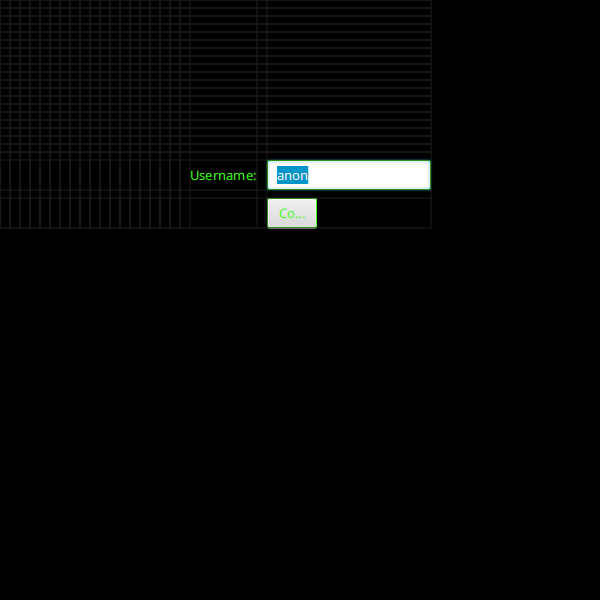
Repository: silic4-ivey/River
Program's window: java RiverClient/src/Main.java
An editor plug-in stored every save of this project. The program's window is shown before and after the next save, followed by the edit.
It runs on Java 21 on a 1366 x 768 screen with JavaFX 11; the title bar is not drawn.

Above is the program's window before, as saved 2021-08-16 19:28:18.

### RiverClient/src/Main.java
import javafx.application.Application;
import javafx.event.ActionEvent;
import javafx.event.EventHandler;
import javafx.scene.Scene;
import javafx.scene.control.Button;
import javafx.scene.layout.StackPane;
import javafx.stage.Stage;
public class Main extends Application{

	private MainUI mainUI;

	public static void main(String args[]) {
		launch (args);
	}

	@Override
	public void start(Stage primaryStage) throws Exception{

		mainUI = new MainUI(primaryStage);

	}
}

### RiverClient/src/MainUI.java
import javafx.geometry.Pos;
import java.io.FileInputStream;
import java.io.FileNotFoundException;
import java.io.File;
import javafx.scene.Scene;
import javafx.scene.control.Button;
import javafx.scene.layout.StackPane;
import javafx.scene.layout.VBox;
import javafx.scene.paint.Color;
import javafx.stage.Stage;
import javafx.scene.control.TextField;
import java.util.Random;
import javafx.scene.layout.GridPane;
import javafx.scene.control.Label;
import javafx.scene.text.Font;
import javafx.scene.text.Text;
import javafx.scene.control.ScrollPane;

public class MainUI {

	private RiverClient rc;
	private String userName = "anon";
	private int size = 600;
	private Stage window;
	private Text textBox = new Text();
	private final String modeSeven = "Modeseven-L3n5.ttf";
	private final String fontPath = "./resources/fonts/";

	public MainUI(Stage primaryStage) throws Exception{
		window = primaryStage;

		Label userLbl = new Label("Username:");
		TextField text = new TextField("anon");


		Button connectButton = new Button("Connect");
		connectButton.setOnAction(e ->startConnection(text.getText()));   ///////////////////////////////

		//VBox layout1 = new VBox();
		//layout1.getChildren().addAll(userLbl,text,connectButton);

		/*try {
			Font terminalFont = Font.loadFont(new FileInputStream(new File(fontPath + modeSeven)),12);

			text.setFont(terminalFont);
			userLbl.setFont(terminalFont);
			connectButton.setFont(terminalFont);


		}catch(FileNotFoundException e) {
			e.printStackTrace();
		}*/

		text.setStyle("-fx-text-inner-color: #39ff14");
		text.setStyle("-fx-control-inner-background: black");
		text.setStyle("-fx-border-color: #39ff14");

		userLbl.setTextFill(Color.web("#39ff14"));

		connectButton.setTextFill(Color.web("#39ff14"));
		connectButton.setStyle("-fx-background-color: black");
		connectButton.setStyle("-fx-border-color: #39ff14");

		connectButton.setMaxSize(50, 20);


		GridPane layout1 = new GridPane();

		layout1.setVgap(8);
		layout1.setHgap(10);

		/*layout1.add(userLbl, size/2 -1, size/2);
		layout1.add(text, size/2, size/2);
		layout1.add(connectButton, size/2, size/2 -1);*/

		GridPane.setConstraints(userLbl, 19, 20);
		GridPane.setConstraints(text, 20, 20);
		GridPane.setConstraints(connectButton, 20, 21);

		layout1.getChildren().addAll(userLbl,text,connectButton);

		layout1.setGridLinesVisible(true);
		layout1.setStyle("-fx-background-color: #000000");

		Scene scene1 = new Scene(layout1, size, size, Color.BLACK);
		//scene1.setFill(Color.BLACK);

		window.setScene(scene1);
		window.setTitle("The River");
		window.show();

		/*RiverClient cs = RiverClient.getInstance();
		cs.writeTo();
		cs.closeAccess();*/
	}

	public void startConnection(String userName) {
		initializeClient();  ///////////////////////////////////////////////////
		setUser(userName);
		switchStage();
	}

	public void initializeClient() {
		rc = RiverClient.getInstance();
	}

	public void setUser(String userName) {
		this.userName = userName;
	}

	public void switchStage() {

		ServerReader sr = new ServerReader(rc, this);

		Label userLbl = new Label(userName + ": ");
		TextField text = new TextField("Type Here");

		Button sendButton = new Button("Send");
		sendButton.setOnAction(e -> rc.writeTo(text.getText(), userName));   /////////////////////////////// create a logoff button

		Button logoffButton = new Button("Logoff");
		logoffButton.setOnAction(e -> rc.closeAccess());   /////////////////////////////// create a logoff button

		//Text textBox = new Text();


		GridPane layout1 = new GridPane();

		layout1.setVgap(8);
		layout1.setHgap(10);

		GridPane.setConstraints(userLbl, 19, 2);
		GridPane.setConstraints(text, 20, 2);
		GridPane.setConstraints(sendButton, 21, 2);
		GridPane.setConstraints(logoffButton, 22, 2);
		GridPane.setConstraints(textBox,20,0);


		layout1.getChildren().addAll(userLbl,text,sendButton, textBox, logoffButton);

		ScrollPane scrollPane = new ScrollPane();
		scrollPane.setPrefSize(1, 1);
		scrollPane.setContent(textBox);
		scrollPane.setVbarPolicy(ScrollPane.ScrollBarPolicy.ALWAYS);
		scrollPane.setHbarPolicy(ScrollPane.ScrollBarPolicy.ALWAYS);

		layout1.setGridLinesVisible(false); ////////// delete after
		Scene scene2 = new Scene(layout1, size, size);
		scene2.setFill(Color.BLACK);



		sr.start();  /////////////////////////////////

		window.setScene(scene2);
		window.setTitle("The River");
		window.show();

	}


	public void updateText(String s) {

		textBox.setText(textBox.getText() + "\n" + s);


	}



}

After the next save:
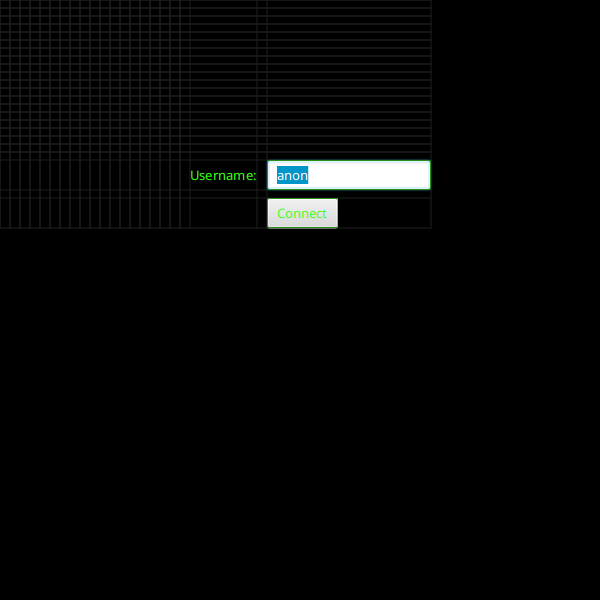
Saved 8 s later.
--- a/RiverClient/src/MainUI.java
+++ b/RiverClient/src/MainUI.java
@@ -61,7 +61,7 @@
 		connectButton.setStyle("-fx-background-color: black");
 		connectButton.setStyle("-fx-border-color: #39ff14");
 
-		connectButton.setMaxSize(50, 20);
+		//connectButton.setMaxSize(50, 20);
 
 
 		GridPane layout1 = new GridPane();
